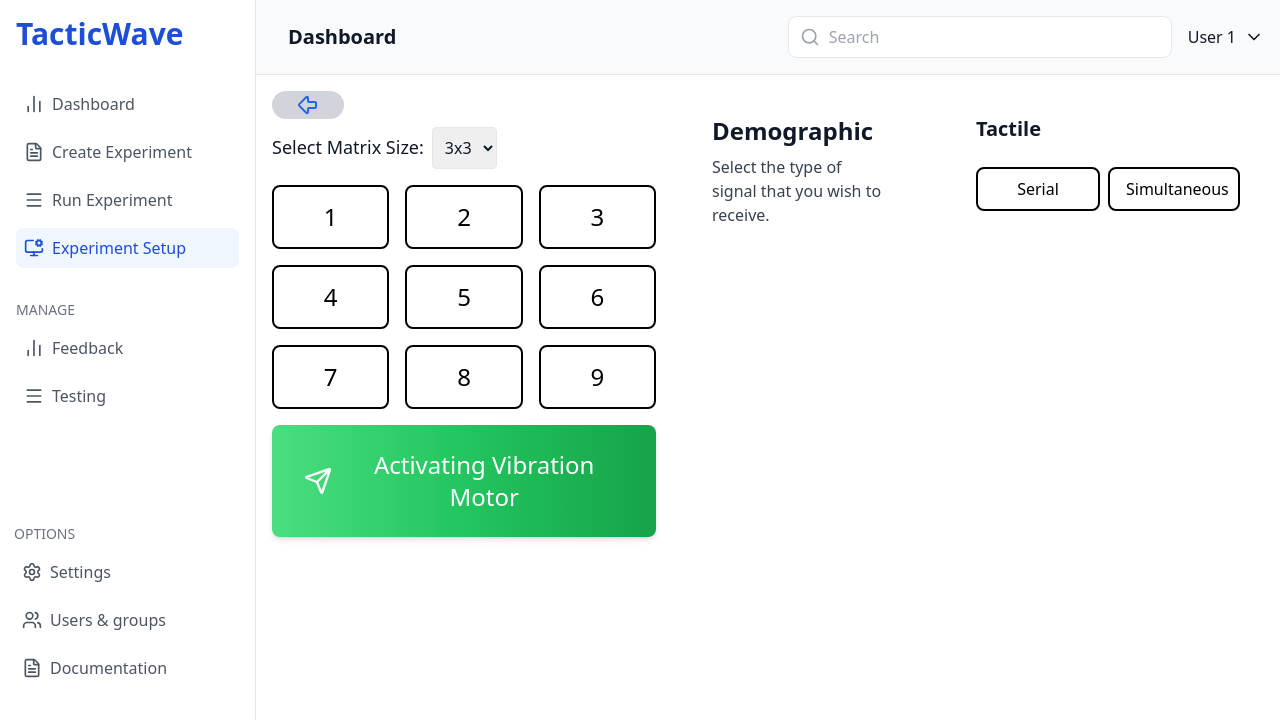
Repository: Nguyenle23/TacticWave
Page: /setup (app in Client/)
An editor plug-in stored every save of this project. The page is shown before and after the next save, followed by the edit.
The browser window is 1280 px wide. The pictures show the whole page.
The project was rebuilt for these pictures with package versions that can differ from the ones it lists, and the page was loaded fresh each time. Also part of the build but not shown: Client/vite.config.js, Client/src/components/commons/Modal.jsx, Client/src/components/dashboard/ExperimentList/ExperimentItem.jsx, Client/src/components/dashboard/ExperimentList/ExperimentList.jsx, Client/src/components/dashboard/Statistics/StatisticsCard.jsx, Client/src/components/dashboard/Statistics/Statistics.jsx, Client/src/components/dashboard/Dashboard.jsx, Client/src/pages/DashboardPage.jsx and 7 more.

Above is the page before, as saved 2024-12-07 15:05:47.

### Client/index.html
<!doctype html>
<html lang="en">
  <head>
    <meta charset="UTF-8" />
    <link rel="icon" type="image/svg+xml" href="/vite.svg" />
    <meta name="viewport" content="width=device-width, initial-scale=1.0" />
    <title>TacticWave</title>
  </head>
  <body>
    <div id="root"></div>
    <script type="module" src="/src/main.jsx"></script>
  </body>
</html>

### Client/src/index.css
/* index.css */
@tailwind base;
@tailwind components;
@tailwind utilities;

/* Custom styles for the project */
body {
  @apply bg-gray-100 text-gray-900;
}

h1, h2, h3, h4, h5, h6 {
  @apply font-semibold;
}

a {
  @apply text-blue-600 hover:text-blue-800;
}

button {
  @apply bg-blue-600 text-white rounded-lg px-4 py-2 hover:bg-blue-700;
}

input, textarea {
  @apply border rounded-lg px-4 py-2 focus:outline-none focus:ring-2 focus:ring-blue-500;
}

### Client/src/pages/ExperimentSetupPage.jsx
import React from "react";
import { Layout } from "../components/layouts/Layout";
import { ExperimentSetup } from "../components/dashboard/ExperimentSetup/ExperimentSetup";

const ExperimentSetupPage = () => {
  return (
    <Layout>
      <ExperimentSetup />
    </Layout>
  );
};

export default ExperimentSetupPage;

### Client/src/components/dashboard/ExperimentSetup/ExperimentSetup.jsx
import React, { useState, useEffect } from "react";
import { Link } from "react-router-dom";
import { ArrowBigLeft, Send } from "lucide-react";
import { Button } from "../../commons/Button";
import { NodeConfiguration } from "../../commons/NodeConfiguration";
import { runExp } from "../../apis/callAPI";
import SwitchButton from "../../commons/Switch";

export const ExperimentSetup = () => {
  const [matrixSize, setMatrixSize] = useState(3);
  const [buttonProperty, setButtonProperty] = useState(1); // Initialize to default node
  const [intensity, setIntensity] = useState(0);
  const [duration, setDuration] = useState(0);
  const [order, setOrder] = useState(1);
  const [listings, setListings] = useState([]); // Tracks saved nodes
  const [error, setError] = useState("");
  const [type, setType] = useState(null); // State for Sequential/Simultaneous
  const [openSeq, setOpenSeq] = useState(false);
  const [openSerial, setOpenSerial] = useState(false);
  const [delay, setDelay] = useState(undefined);
  const [delayPerNode, setDelayPerNode] = useState(undefined);

  // Update buttonProperty when matrixSize changes
  useEffect(() => {
    setButtonProperty(null);
  }, [matrixSize]);

  const getSliderBackground = (value, max) => {
    const percentage = (value / max) * 100;
    return `linear-gradient(to right, #3B82F6 0%, #3B82F6 ${percentage}%, #E5E7EB ${percentage}%, #E5E7EB 100%)`;
  };

  const handleSwitchChange = (newState) => {
    setType(newState ? "Overlap" : "Serial");
  };

  const saveAndOut = () => {
    if (!openSerial && (!intensity || !duration)) {
      setError("Please fill out all required fields!");
      return;
    }

    const newListing = {
      node: buttonProperty,
      intensity: parseInt(intensity, 10) || 0, // Default to 0 if empty
      duration: parseFloat(duration, 10) || 0, // Default to 0 if empty
      order: order,
    };

    // Update listings to highlight saved nodes
    setListings((prevListings) => {
      const updatedListings = [...prevListings];
      const existingIndex = updatedListings.findIndex(
        (item) => item.node === buttonProperty
      );
      if (existingIndex >= 0) {
        updatedListings[existingIndex] = newListing; // Update existing entry
      } else {
        updatedListings.push(newListing); // Add new entry
      }
      return updatedListings;
    });

    // Reset fields after saving
    setButtonProperty(0); // Reset to default node if needed
    setIntensity(0);
    setDuration(0);
    setOrder(order);
  };

  // Initialize matrix orders
  const initialOrders = {};
  for (let row = 0; row < matrixSize; row++) {
    for (let col = 0; col < matrixSize; col++) {
      initialOrders[`${row}-${col}`] = row * matrixSize + col + 1;
    }
  }
  const [orders, setOrders] = useState(initialOrders);

  const handleMatrixSizeChange = (event) => {
    setListings([]);
    const size = parseInt(event.target.value, 10);
    setMatrixSize(size);
    setOrders(() => {
      const newOrders = {};
      for (let row = 0; row < size; row++) {
        for (let col = 0; col < size; col++) {
          newOrders[`${row}-${col}`] = row * size + col + 1;
        }
      }
      return newOrders;
    });
  };

  const handleClick = (row, col) => {
    const order = orders[`${row}-${col}`];
    setButtonProperty(order);
    setIntensity(0);
    setDuration(0);
  };

  const handleSimultaneous = () => {
    setOpenSeq(false);
    setOpenSerial(false);
    setDelay(undefined);
    setType("Simultaneous");
  };

  const handleSerial = () => {
    setOpenSeq(false);
    setDelay(undefined);
    setOpenSerial(true);
    setType("Serial");
  };

  const isNodeSaved = (node) => listings.some((item) => item.node === node);

  // Handle Submit button click
  const handleSubmit = async () => {
    try {
      const payload = {
        listings,
        type,
      };

      // Add delay if it is not undefined
      if (delay !== undefined) {
        payload.delay = delay;
      }

      if (type !== null && delayPerNode !== undefined) {
        // Transform listings to only include node values
        const transformedListings = listings.map((item) => item.node);
        const transformedDurations = listings.map((item) => item.duration);
        const transformedIntensities = listings.map((item) => item.intensity);

        payload.listings = transformedListings; // Replace listings with transformed array
        payload.duration = transformedDurations; // Ensure it's a number
        payload.intensity = transformedIntensities; // Ensure it's a number
        payload.delay = parseFloat(delayPerNode); // Ensure it's a number
        payload.type = type;
      }
      console.log("Payload:", payload);
      const response = await runExp(payload);
      // console.log("Response:", response.data);
      // setListingsNode(response.data);
    } catch (error) {
      console.error("Error running experiment:", error);
    }
  };

  return (
    <div className="flex flex-col md:flex-row w-full h-fit bg-gray-10 gap-8 my-4 px-4">
      <div className="md:w-2/5 w-full">
        {/* Top navigation and action buttons */}
        <div className="flex items-center justify-between mb-2">
          <Link
            to="/"
            className="px-6 py-0.5 bg-gray-300 rounded-full mr-2 hover:bg-gray-400"
          >
            <ArrowBigLeft />
          </Link>
        </div>

        <div className="mb-4">
          <label htmlFor="matrix-size" className="mr-2 text-lg font-medium">
            Select Matrix Size:
          </label>
          <select
            id="matrix-size"
            value={matrixSize}
            onChange={handleMatrixSizeChange}
            className="p-2 border rounded"
          >
            <option value="3">3x3</option>
            <option value="4">4x4</option>
            <option value="5">5x5</option>
          </select>
        </div>
        {/* <p>{JSON.stringify(type)}</p> */}

        {/* Matrix Display */}
        <div
          className={`grid grid-cols-${matrixSize} gap-4 mt-1`}
          style={{
            gridTemplateColumns: `repeat(${matrixSize}, minmax(0, 1fr))`,
          }}
        >
          {Array.from({ length: matrixSize }).map((_, row) =>
            Array.from({ length: matrixSize }).map((_, col) => {
              const node = orders[`${row}-${col}`];
              return (
                <Button
                  key={`${row}-${col}`}
                  onClick={() => handleClick(row, col)}
                  className={`w-full h-16 rounded-3xl flex items-center justify-center text-2xl font-bold transition-all duration-200 ${
                    buttonProperty === node || isNodeSaved(node)
                      ? "bg-blue-800 text-white shadow-md"
                      : "bg-white text-black hover:bg-gray-300 border-2 border-solid border-black"
                  }`}
                >
                  {node}
                </Button>
              );
            })
          )}
        </div>

        {/* Submit Button */}
        <div className="mt-4 flex items-center justify-center w-full">
          <Button
            onClick={handleSubmit}
            className="w-full px-8 py-6 bg-gradient-to-r from-green-400 via-green-500 to-green-600 text-white text-2xl font-bold rounded-full shadow-md hover:shadow-lg hover:from-green-500 hover:to-green-700 flex items-center justify-center transition-all duration-300"
          >
            <Send size={30} className="mr-3" />
            Activating Vibration Motor
          </Button>
        </div>
        {/* Sequential and Simultaneous Buttons */}
      </div>

      <div className="md:w-3/5 w-full flex flex-col">
        <div className="flex justify-between items-start p-6">
          {/* Phần "hello" bên trái */}
          <div className="w-4/12">
            <h1 className="text-2xl font-bold mb-2">Demographic</h1>
            <p className="text-gray-700">
              Select the type of signal that you wish to receive.
            </p>
          </div>

          {/* Phần bên phải theo cột */}
          <div className="w-6/12 flex flex-col space-y-4">
            {/* Nhóm Nút "Serial" và "Simultaneous" */}
            <h1 className="text-xl font-bold mb-2">Tactile</h1>
            <div className="flex space-x-2">
              <Button
                onClick={handleSerial}
                className={`w-1/2 py-2 rounded transition-all duration-200 ${
                  type === "Serial" || type === "Overlap"
                    ? "bg-blue-800 text-white shadow-md"
                    : "bg-white border-2 border-solid border-black  hover:bg-gray-300 hover:text-black"
                }`}
              >
                Serial
              </Button>
              <Button
                onClick={handleSimultaneous}
                className={`w-1/2 py-2 rounded transition-all duration-200 ${
                  type === "Simultaneous"
                    ? "bg-blue-800 text-white shadow-md"
                    : "bg-white border-2 border-solid border-black  hover:bg-gray-300 hover:text-black"
                }`}
              >
                Simultaneous
              </Button>
            </div>

            {/* Các thành phần điều kiện khi chọn Serial hoặc Overlap */}
            {(openSeq || openSerial) && (
              <div className="flex flex-col space-y-4">
                {openSeq && (
                  <div>
                    <label className="block text-lg font-medium text-gray-700 mb-2">
                      Duration (0 - 15): {delay}
                    </label>
                    <div className="relative">
                      <input
                        type="range"
                        min="0"
                        max="15"
                        value={delay}
                        onChange={(e) => setDelay(e.target.value)}
                        className="w-full h-2 bg-gray-200 rounded-lg appearance-none cursor-pointer
                               focus:outline-none focus:ring-0
                               [&::-webkit-slider-thumb]:appearance-none [&::-webkit-slider-thumb]:w-4
                               [&::-webkit-slider-thumb]:h-4 [&::-webkit-slider-thumb]:bg-blue-500
                               [&::-webkit-slider-thumb]:rounded-full [&::-webkit-slider-thumb]:cursor-pointer
                               [&::-webkit-slider-thumb]:transition-all [&::-webkit-slider-thumb]:duration-150
                               [&::-webkit-slider-thumb]:hover:scale-110
                               [&::-moz-range-thumb]:appearance-none [&::-moz-range-thumb]:w-4
                               [&::-moz-range-thumb]:h-4 [&::-moz-range-thumb]:bg-blue-500
                               [&::-moz-range-thumb]:border-0
                               [&::-moz-range-thumb]:rounded-full [&::-moz-range-thumb]:cursor-pointer
                               [&::-moz-range-thumb]:transition-all [&::-moz-range-thumb]:duration-150
                               [&::-moz-range-thumb]:hover:scale-110
                               [&::-moz-range-progress]:bg-blue-500 [&::-moz-range-progress]:rounded-l-lg
                               [&::-moz-range-track]:bg-gray-200 [&::-moz-range-track]:rounded-lg"
                        style={{
                          background: getSliderBackground(delay, 15),
                        }}
                      />
                    </div>
                  </div>
                )}

                {openSerial && (
                  <>
                    <SwitchButton
                      isOn={type === "Overlap"}
                      onSwitchChange={handleSwitchChange}
                    />

                    <div>
                      <label className="block text-lg font-medium text-gray-700 mb-2">
                        Delay between nodes (0 - 15): {delayPerNode}
                      </label>
                      <div className="relative">
                        <input
                          type="range"
                          min="0"
                          max="15"
                          step="0.1"
                          value={delayPerNode}
                          onChange={(e) => setDelayPerNode(e.target.value)}
                          className="w-full h-2 bg-gray-200 rounded-lg appearance-none cursor-pointer
                                 focus:outline-none focus:ring-0
                                 [&::-webkit-slider-thumb]:appearance-none [&::-webkit-slider-thumb]:w-4
                                 [&::-webkit-slider-thumb]:h-4 [&::-webkit-slider-thumb]:bg-blue-500
                                 [&::-webkit-slider-thumb]:rounded-full [&::-webkit-slider-thumb]:cursor-pointer
                                 [&::-webkit-slider-thumb]:transition-all [&::-webkit-slider-thumb]:duration-150
                                 [&::-webkit-slider-thumb]:hover:scale-110
                                 [&::-moz-range-thumb]:appearance-none [&::-moz-range-thumb]:w-4
                                 [&::-moz-range-thumb]:h-4 [&::-moz-range-thumb]:bg-blue-500
                                 [&::-moz-range-thumb]:border-0
                                 [&::-moz-range-thumb]:rounded-full [&::-moz-range-thumb]:cursor-pointer
                                 [&::-moz-range-thumb]:transition-all [&::-moz-range-thumb]:duration-150
                                 [&::-moz-range-thumb]:hover:scale-110
                                 [&::-moz-range-progress]:bg-blue-500 [&::-moz-range-progress]:rounded-l-lg
                                 [&::-moz-range-track]:bg-gray-200 [&::-moz-range-track]:rounded-lg"
                          style={{
                            background: getSliderBackground(delayPerNode, 15),
                          }}
                        />
                      </div>
                    </div>
                  </>
                )}
              </div>
            )}
          </div>
        </div>

        {/* Slider Controls */}

        {buttonProperty && (
          <div className="flex justify-between items-start p-6">
            <NodeConfiguration
              isSerial={openSerial}
              isEdit={false}
              nodeNumber={buttonProperty}
              intensity={intensity}
              setIntensity={setIntensity}
              duration={duration}
              setDuration={setDuration}
              order={order}
              setOrder={setOrder}
              listings={listings}
              onClose={() => setButtonProperty(1)} // Reset to default node on close
              onSave={saveAndOut}
              error={error}
            />
          </div>
        )}
      </div>
    </div>
  );
};

### Client/src/components/commons/Button.jsx
//button
import React from 'react';

export const Button = ({
  children,
  variant = 'primary',
  className = '',
  ...props
}) => {
  const baseStyles = 'px-4 py-2 rounded-lg font-medium transition-colors';
  const variants = {
    primary: 'bg-blue-600 text-black hover:bg-blue-700',
    secondary: 'text-white-600 hover:text-black-700',
  };

  return (
    <button
      className={`${baseStyles} ${variants[variant]} ${className}`}
      {...props}
    >
      {children}
    </button>
  );
};

### Client/src/components/commons/SearchBar.jsx
import React from 'react';
import { Search } from 'lucide-react';

export const SearchBar = ({ className = '', ...props }) => {
  return (
    <div className={`relative ${className}`}>
      <Search
        className="absolute left-3 top-1/2 transform -translate-y-1/2 text-gray-400"
        size={20}
      />
      <input
        type="text"
        placeholder="Search"
        className="pl-10 pr-4 py-2 border rounded-lg w-full focus:outline-none focus:ring-2 focus:ring-blue-500"
        {...props}
      />
    </div>
  );
};

Loaded but not shown: Client/src/main.jsx (common file); Client/tailwind.config.js (10 lines, source omitted); Client/src/components/commons/NodeConfiguration.jsx (149 lines, source omitted); Client/src/App.jsx (122 lines, source omitted); Client/src/components/layouts/sidebar/Sidebar.jsx (73 lines, source omitted); Client/src/components/apis/callAPI.jsx (44 lines, source omitted); Client/src/components/layouts/sidebar/SidebarItem.jsx (28 lines, source omitted); Client/src/components/layouts/header/Header.jsx (23 lines, source omitted); Client/src/components/layouts/Layout.jsx (25 lines, source omitted); Client/src/constants/navigation.jsx (17 lines, source omitted); Client/src/components/layouts/navbar/Navbar.jsx (15 lines, source omitted)

After the next save:
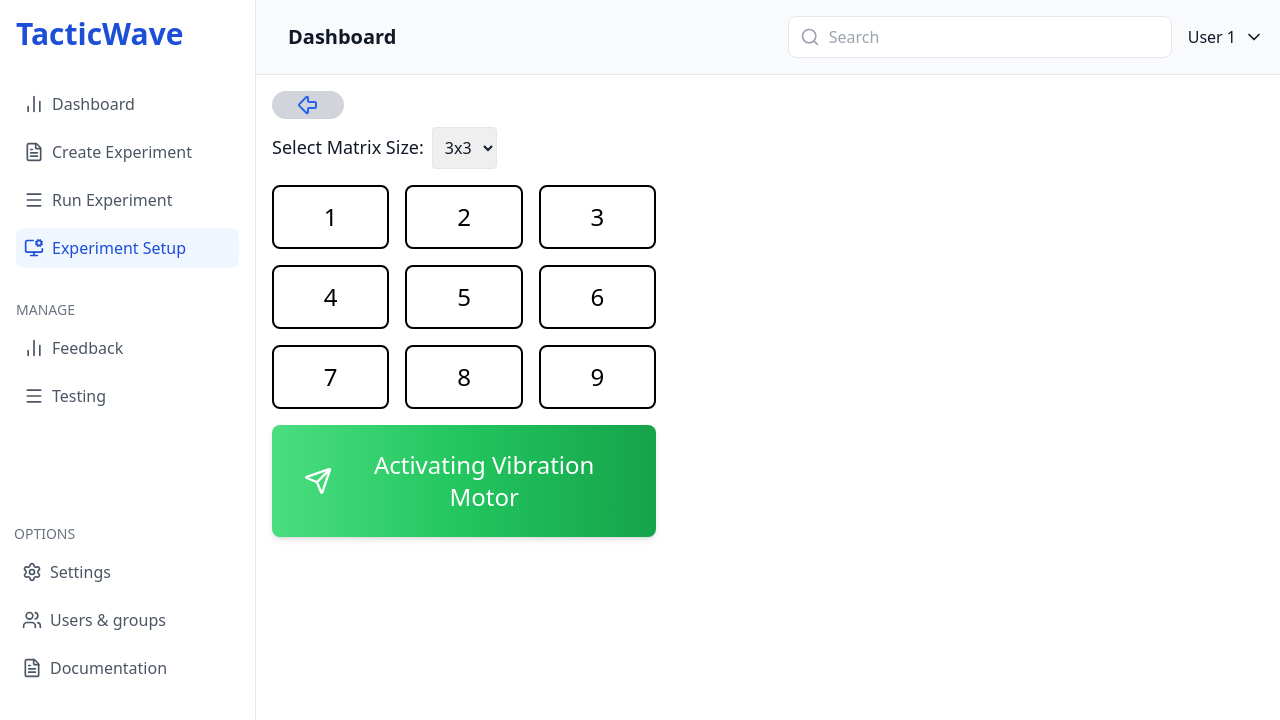
Saved 5 min 14 s later.
--- a/Client/src/components/dashboard/ExperimentSetup/ExperimentSetup.jsx
+++ b/Client/src/components/dashboard/ExperimentSetup/ExperimentSetup.jsx
@@ -220,126 +220,6 @@ export const ExperimentSetup = () => {
       </div>
 
       <div className="md:w-3/5 w-full flex flex-col">
-        <div className="flex justify-between items-start p-6">
-          {/* Phần "hello" bên trái */}
-          <div className="w-4/12">
-            <h1 className="text-2xl font-bold mb-2">Demographic</h1>
-            <p className="text-gray-700">
-              Select the type of signal that you wish to receive.
-            </p>
-          </div>
-
-          {/* Phần bên phải theo cột */}
-          <div className="w-6/12 flex flex-col space-y-4">
-            {/* Nhóm Nút "Serial" và "Simultaneous" */}
-            <h1 className="text-xl font-bold mb-2">Tactile</h1>
-            <div className="flex space-x-2">
-              <Button
-                onClick={handleSerial}
-                className={`w-1/2 py-2 rounded transition-all duration-200 ${
-                  type === "Serial" || type === "Overlap"
-                    ? "bg-blue-800 text-white shadow-md"
-                    : "bg-white border-2 border-solid border-black  hover:bg-gray-300 hover:text-black"
-                }`}
-              >
-                Serial
-              </Button>
-              <Button
-                onClick={handleSimultaneous}
-                className={`w-1/2 py-2 rounded transition-all duration-200 ${
-                  type === "Simultaneous"
-                    ? "bg-blue-800 text-white shadow-md"
-                    : "bg-white border-2 border-solid border-black  hover:bg-gray-300 hover:text-black"
-                }`}
-              >
-                Simultaneous
-              </Button>
-            </div>
-
-            {/* Các thành phần điều kiện khi chọn Serial hoặc Overlap */}
-            {(openSeq || openSerial) && (
-              <div className="flex flex-col space-y-4">
-                {openSeq && (
-                  <div>
-                    <label className="block text-lg font-medium text-gray-700 mb-2">
-                      Duration (0 - 15): {delay}
-                    </label>
-                    <div className="relative">
-                      <input
-                        type="range"
-                        min="0"
-                        max="15"
-                        value={delay}
-                        onChange={(e) => setDelay(e.target.value)}
-                        className="w-full h-2 bg-gray-200 rounded-lg appearance-none cursor-pointer
-                               focus:outline-none focus:ring-0
-                               [&::-webkit-slider-thumb]:appearance-none [&::-webkit-slider-thumb]:w-4
-                               [&::-webkit-slider-thumb]:h-4 [&::-webkit-slider-thumb]:bg-blue-500
-                               [&::-webkit-slider-thumb]:rounded-full [&::-webkit-slider-thumb]:cursor-pointer
-                               [&::-webkit-slider-thumb]:transition-all [&::-webkit-slider-thumb]:duration-150
-                               [&::-webkit-slider-thumb]:hover:scale-110
-                               [&::-moz-range-thumb]:appearance-none [&::-moz-range-thumb]:w-4
-                               [&::-moz-range-thumb]:h-4 [&::-moz-range-thumb]:bg-blue-500
-                               [&::-moz-range-thumb]:border-0
-                               [&::-moz-range-thumb]:rounded-full [&::-moz-range-thumb]:cursor-pointer
-                               [&::-moz-range-thumb]:transition-all [&::-moz-range-thumb]:duration-150
-                               [&::-moz-range-thumb]:hover:scale-110
-                               [&::-moz-range-progress]:bg-blue-500 [&::-moz-range-progress]:rounded-l-lg
-                               [&::-moz-range-track]:bg-gray-200 [&::-moz-range-track]:rounded-lg"
-                        style={{
-                          background: getSliderBackground(delay, 15),
-                        }}
-                      />
-                    </div>
-                  </div>
-                )}
-
-                {openSerial && (
-                  <>
-                    <SwitchButton
-                      isOn={type === "Overlap"}
-                      onSwitchChange={handleSwitchChange}
-                    />
-
-                    <div>
-                      <label className="block text-lg font-medium text-gray-700 mb-2">
-                        Delay between nodes (0 - 15): {delayPerNode}
-                      </label>
-                      <div className="relative">
-                        <input
-                          type="range"
-                          min="0"
-                          max="15"
-                          step="0.1"
-                          value={delayPerNode}
-                          onChange={(e) => setDelayPerNode(e.target.value)}
-                          className="w-full h-2 bg-gray-200 rounded-lg appearance-none cursor-pointer
-                                 focus:outline-none focus:ring-0
-                                 [&::-webkit-slider-thumb]:appearance-none [&::-webkit-slider-thumb]:w-4
-                                 [&::-webkit-slider-thumb]:h-4 [&::-webkit-slider-thumb]:bg-blue-500
-                                 [&::-webkit-slider-thumb]:rounded-full [&::-webkit-slider-thumb]:cursor-pointer
-                                 [&::-webkit-slider-thumb]:transition-all [&::-webkit-slider-thumb]:duration-150
-                                 [&::-webkit-slider-thumb]:hover:scale-110
-                                 [&::-moz-range-thumb]:appearance-none [&::-moz-range-thumb]:w-4
-                                 [&::-moz-range-thumb]:h-4 [&::-moz-range-thumb]:bg-blue-500
-                                 [&::-moz-range-thumb]:border-0
-                                 [&::-moz-range-thumb]:rounded-full [&::-moz-range-thumb]:cursor-pointer
-                                 [&::-moz-range-thumb]:transition-all [&::-moz-range-thumb]:duration-150
-                                 [&::-moz-range-thumb]:hover:scale-110
-                                 [&::-moz-range-progress]:bg-blue-500 [&::-moz-range-progress]:rounded-l-lg
-                                 [&::-moz-range-track]:bg-gray-200 [&::-moz-range-track]:rounded-lg"
-                          style={{
-                            background: getSliderBackground(delayPerNode, 15),
-                          }}
-                        />
-                      </div>
-                    </div>
-                  </>
-                )}
-              </div>
-            )}
-          </div>
-        </div>
 
         {/* Slider Controls */}
 
